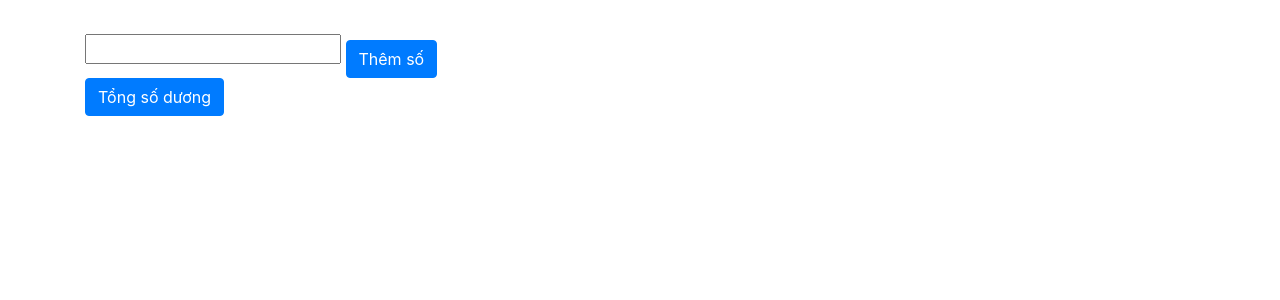
Repository: thanhfrankie/BC10-LeMinhThanh-Js-b7-8
Page: index.html
An editor plug-in stored every save of this project. The page is shown before and after the next save, followed by the edit.
The browser window is 1280 px wide. The pictures show the whole page.

Above is the page before, as saved 2023-12-27 21:08:38.

After the next save:
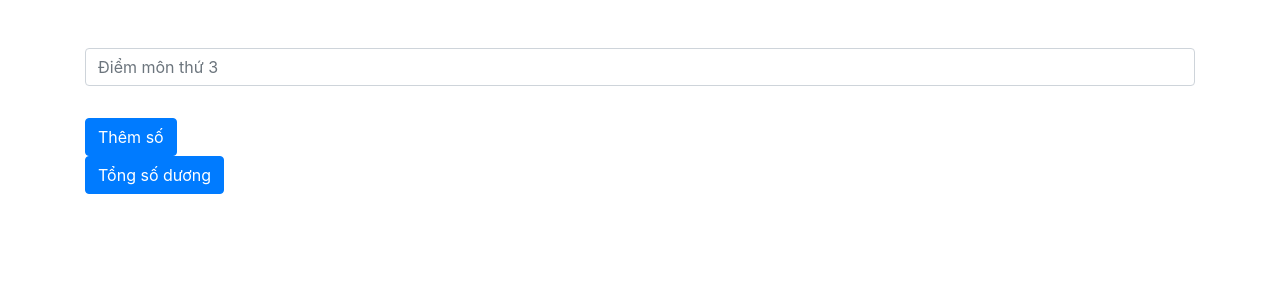
Saved 41 s later.
--- a/index.html
+++ b/index.html
@@ -12,7 +12,18 @@
   </head>
   <body>
     <div class="container mt-4">
-        <input type="text">
+        <div class="form-group">
+            <label for="diem-mon-thu-3"></label>
+            <input
+              type="number"
+              class="form-control"
+              name=""
+              id="diem-mon-thu-3"
+              aria-describedby="helpId"
+              placeholder="Điểm môn thứ 3"
+              required
+            />
+          </div>
         <button
         type="button"
         onclick="tuyenSinh()"
